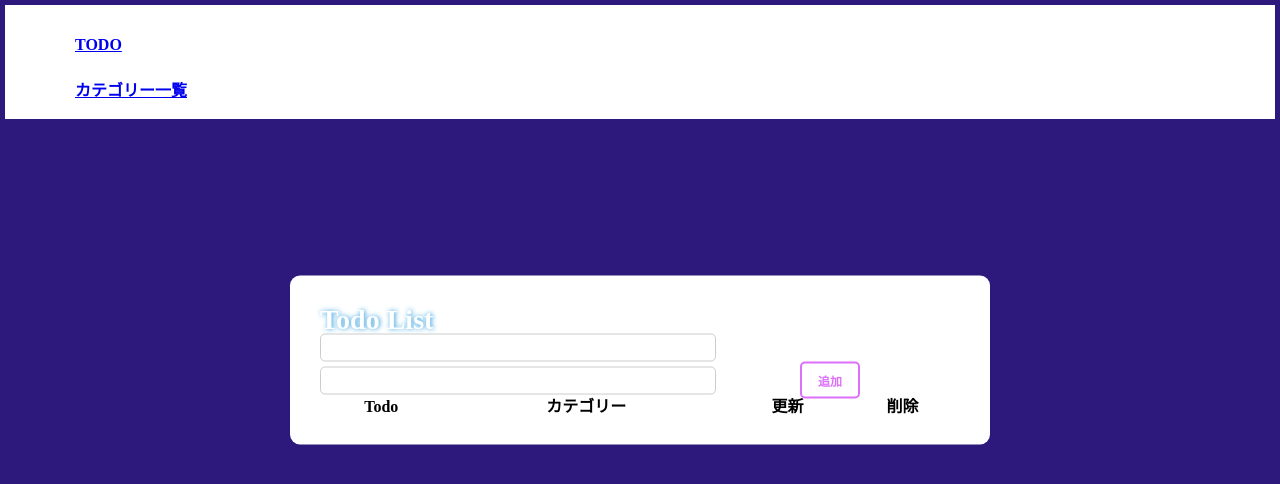
Repository: azuma2/cate
Page: http://localhost/
An editor plug-in stored every save of this project. The page is shown before and after a run of saves, followed by the edit.
The browser window is 1280 px wide. The pictures show the whole page.
The page is served by the project's Laravel application, run on PHP 8.4 with Laravel 8. Queries for data that is not in the repository find no rows.

Above is the page before, as saved 2022-05-17 19:24:05.

After the next 2 saves:
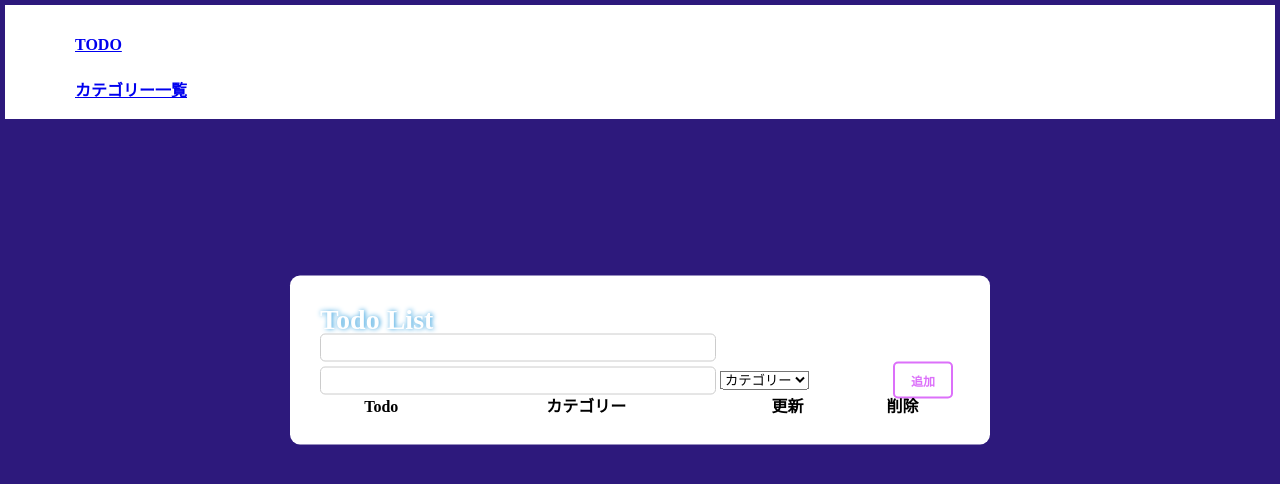
The 2 saves are shown as one change because they came seconds apart.
The last was saved 9 s later.
--- a/resources/views/index.blade.php
+++ b/resources/views/index.blade.php
@@ -157,6 +157,13 @@ ul{
             @csrf
           <input type="text" class="input-add" name="content">
           <input type="text" class="input-add" name="cate_id">
+                    <!--  カテゴリープルダウン -->
+        <select class="pulu" id="cate_id" name="cate_id" >
+          <option value="0">カテゴリー</option>
+            @foreach ($cates as $item)
+                <option value="{{ $item->id }}">{{ $item->content }}</option>
+            @endforeach
+        </select>
           <input class="button2" type="submit" value="追加" />
         </form>
           <div class="narabe">
